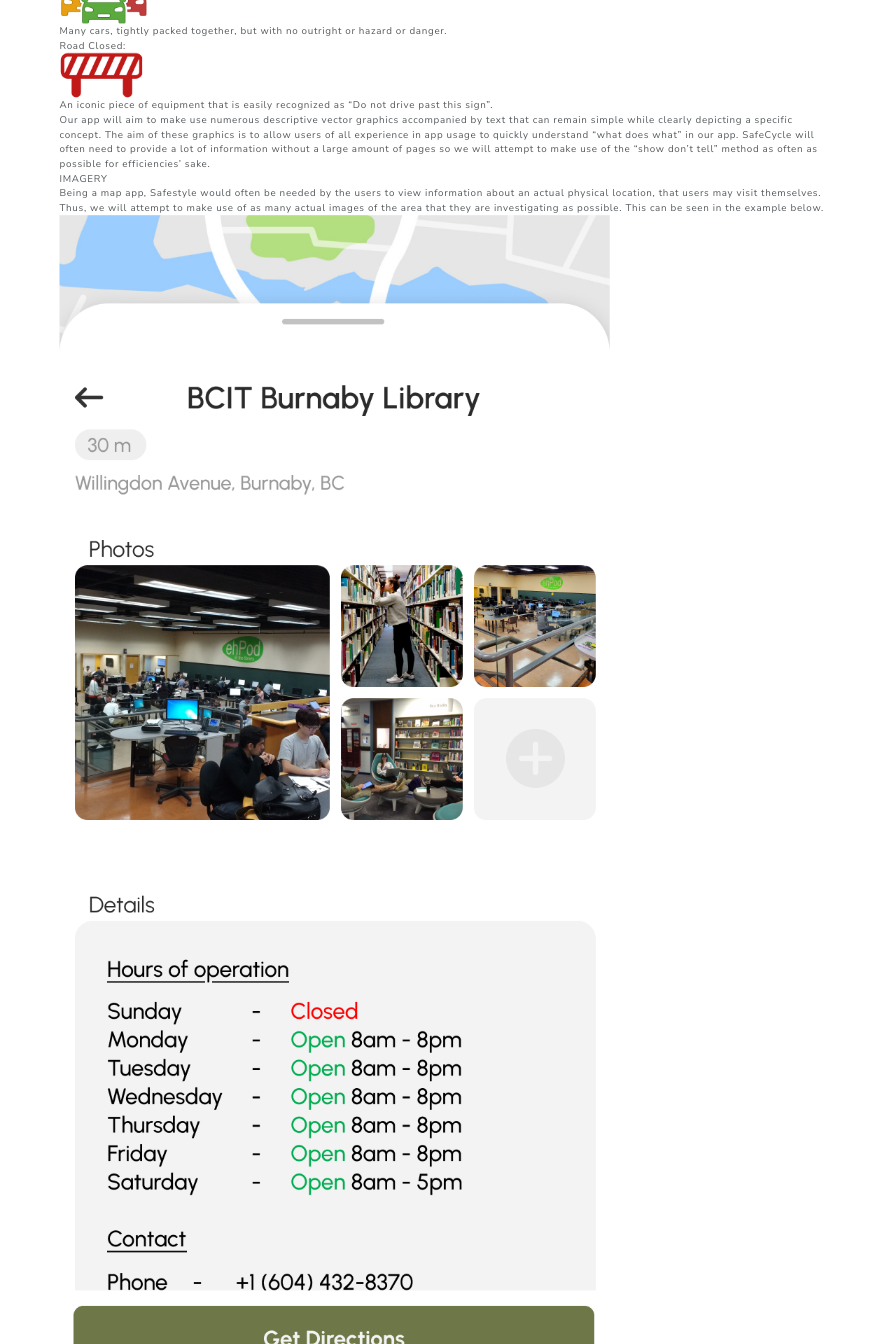
Repository: Aladdin3r/safecycle-styleguide
Page: /
These files come from the project's save history. The page is drawn as it stood at one moment and after the next save; the edit follows.
The browser window is 1280 px wide. The pictures show the part of the page from y = 3228 to 5148 px (the page is 5369 px tall before and 5385 px after), at 70% of full size.
The project was rebuilt for these pictures with package versions that can differ from the ones it lists, and the page was loaded fresh each time. The framework's server and built-in components were replaced by stand-ins that run in the browser. Also part of the build but not shown: next.config.mjs.

Above is the page before, as saved 2024-04-09 22:21:51.

After the next save:
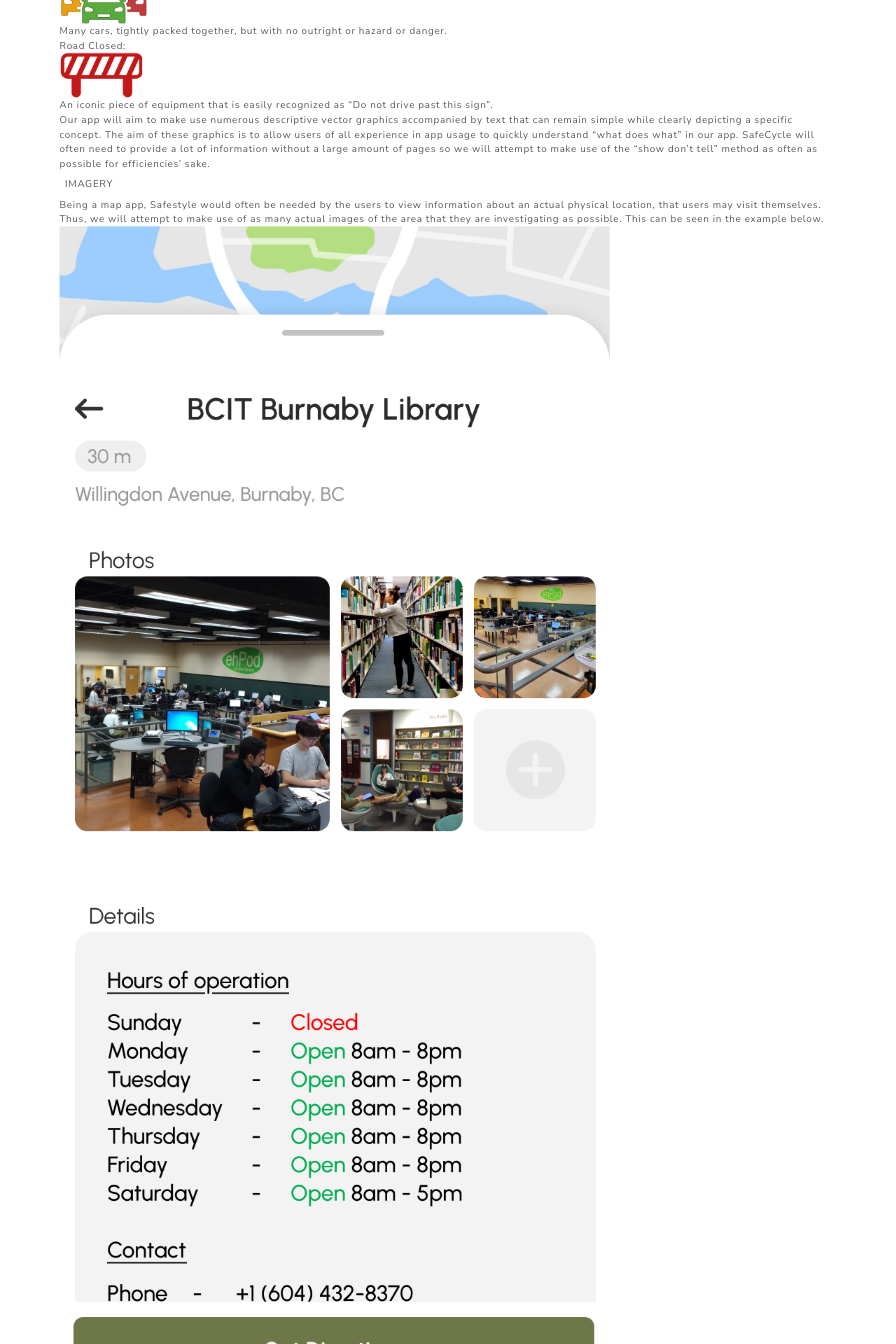
Saved 8 s later.
--- a/pages/index.js
+++ b/pages/index.js
@@ -189,7 +189,7 @@
         <img class="RoadClosed" src="/RoadClosed.png" alt="Raod Closed"></img>
         <div className={styles.graphicDesc}>An iconic piece of equipment that is easily recognized as “Do not drive past this sign”.</div>
         <div className={styles.graphicDesc}>Our app will aim to make use numerous descriptive vector graphics accompanied by text that can remain simple while clearly depicting a specific concept. The aim of these graphics is to allow users of all experience in app usage to quickly understand “what does what” in our app. SafeCycle will often need to provide a lot of information without a large amount of pages so we will attempt to make use of the “show don’t tell” method as often as possible for efficiencies’ sake.</div>
-        <div>IMAGERY</div>
+        <div  class="p-2">IMAGERY</div>
         <div>Being a map app, Safestyle would often be needed by the users to view information about an actual physical location, that users may visit themselves. Thus, we will attempt to make use of as many actual images of the area that they are investigating as possible. This can be seen in the example below.</div>
         <img class="locationPage" src="/locationPage.png" alt="Location Page"></img>
 
